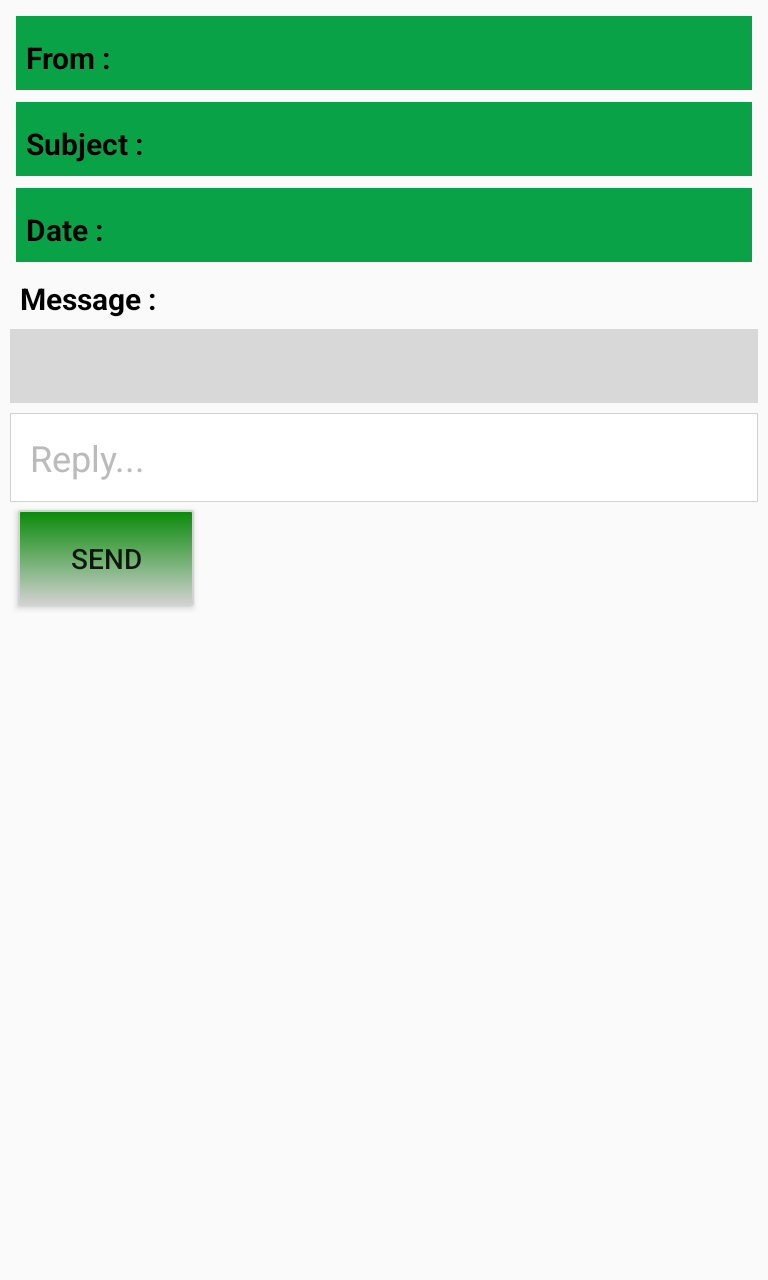
Repository: iguardian2015/iguardian-litchi
Layout: iguardian/res/layout/custom_inbox_view.xml
The author's editor kept a copy of each file at every save. The layout is drawn from the files as they stood at one save, then again after the next save.
It is drawn on a 768 x 1280 px phone screen (xhdpi) without system bars, with theme AppTheme; the app's code is not run.

Above is the layout before, as saved 2015-01-12 08:46:39.

### iguardian/res/layout/custom_inbox_view.xml
<?xml version="1.0" encoding="utf-8"?>
<ScrollView xmlns:android="http://schemas.android.com/apk/res/android"
    android:layout_width="fill_parent"
    android:layout_height="fill_parent" >

    <LinearLayout
        android:layout_width="fill_parent"
        android:layout_height="fill_parent"
        android:padding="5dp"
        android:orientation="vertical" >

        <LinearLayout
            android:layout_width="match_parent"
            android:layout_height="wrap_content"
            android:layout_margin="3dp"
            android:background="#0AA247"
            android:orientation="horizontal" >

            <TextView
                android:id="@+id/from"
                android:layout_width="wrap_content"
                android:layout_height="wrap_content"
                android:padding="5dp"
                android:text="From :"
                android:textAppearance="?android:attr/textAppearanceLarge"
                android:textColor="#000000"
                android:textSize="15dp"
                android:textStyle="bold" />

            <TextView
                android:id="@+id/name"
                android:layout_width="wrap_content"
                android:layout_height="wrap_content"
                android:padding="5dp"
                android:textAppearance="?android:attr/textAppearanceLarge"
                android:textColor="#000000"
                android:textSize="20dp"
                android:textStyle="italic" />
        </LinearLayout>

        <LinearLayout
            android:layout_width="match_parent"
            android:layout_height="wrap_content"
            android:layout_margin="3dp"
            android:background="#0AA247"
            android:orientation="horizontal" >

            <TextView
                android:id="@+id/subject"
                android:layout_width="wrap_content"
                android:layout_height="wrap_content"
                android:padding="5dp"
                android:text="Subject :"
                android:textAppearance="?android:attr/textAppearanceLarge"
                android:textColor="#000000"
                android:textSize="15dp"
                android:textStyle="bold" />

            <TextView
                android:id="@+id/message_subject"
                android:layout_width="wrap_content"
                android:layout_height="wrap_content"
                android:padding="5dp"
                android:textAppearance="?android:attr/textAppearanceLarge"
                android:textColor="#000000"
                android:textSize="20dp"
                android:textStyle="italic" />
        </LinearLayout>

        <LinearLayout
            android:layout_width="match_parent"
            android:layout_height="wrap_content"
            android:layout_margin="3dp"
            android:background="#0AA247"
            android:orientation="horizontal" >

            <TextView
                android:id="@+id/dates"
                android:layout_width="wrap_content"
                android:layout_height="wrap_content"
                android:padding="5dp"
                android:text="Date :"
                android:textAppearance="?android:attr/textAppearanceLarge"
                android:textColor="#000000"
                android:textSize="15dp"
                android:textStyle="bold" />

            <TextView
                android:id="@+id/date"
                android:layout_width="wrap_content"
                android:layout_height="wrap_content"
                android:padding="5dp"
                android:textAppearance="?android:attr/textAppearanceLarge"
                android:textColor="#000000"
                android:textSize="20dp"
                android:textStyle="italic" />
        </LinearLayout>
			 <TextView
                android:id="@+id/message"
                android:layout_width="wrap_content"
                android:layout_height="wrap_content"
                android:padding="5dp"
                android:text="Message :"
                android:textAppearance="?android:attr/textAppearanceLarge"
                android:textColor="#000000"
                android:textSize="15dp"
                android:textStyle="bold" />


            <TextView
                android:id="@+id/mes"
                android:layout_width="match_parent"
                android:layout_height="wrap_content"

                android:padding="5dp"
                android:paddingTop="10dp"
                android:background="#D8D8D8"
                android:textAppearance="?android:attr/textAppearanceLarge"
                android:textColor="#525250"
                android:textSize="20dp"
                android:textStyle="italic" />








        <!-- <LinearLayout
            android:layout_width="match_parent"
            android:layout_height="wrap_content"
            android:layout_margin="3dp"
            android:orientation="horizontal" > -->

            <!-- <EditText
                android:id="@+id/reply_message"
                android:layout_width="wrap_content"
                android:layout_height="wrap_content"
                android:layout_margin="8dp"
                android:hint="Write message..."
                android:inputType="textMultiLine"
                android:padding="15dp" />
 -->
           <!--  <Button
                android:id="@+id/send_message"
                android:layout_width="wrap_content"
                android:layout_height="wrap_content"
                android:layout_margin="8dp"
                android:text="Send" /> -->

            <EditText
            android:id="@+id/reply_message"
            android:layout_width="match_parent"
            android:layout_height="match_parent"
            android:layout_marginTop="5dp"
            android:background="@drawable/edittext_default_bg"
            android:hint="Reply..."
            android:inputType="textMultiLine"
            android:padding="10dp"
            android:textColorHint="#bbbbbb" />

        <Button
            android:id="@+id/send_message"
            android:layout_width="wrap_content"
            android:layout_height="match_parent"
            android:layout_margin="4dp"
            android:background="@drawable/button_default_bg"
            android:padding="10dp"
            android:text="Send" />


    </LinearLayout>

</ScrollView>

### iguardian/res/values/styles.xml
<resources>

    <!--
        Base application theme, dependent on API level. This theme is replaced
        by AppBaseTheme from res/values-vXX/styles.xml on newer devices.
    -->
    <style name="AppBaseTheme" parent="Theme.AppCompat.Light">
        <!--
            Theme customizations available in newer API levels can go in
            res/values-vXX/styles.xml, while customizations related to
            backward-compatibility can go here.
        -->
    </style>

    <!-- Application theme. -->
    <style name="AppTheme" parent="AppBaseTheme">
        <!-- All customizations that are NOT specific to a particular API-level can go here. -->
    </style>

    <style name="DefaultButtonText">
       <item name="android:layout_width">fill_parent</item>
        <item name="android:layout_height">wrap_content</item>
        <item name="android:textColor">#FFFFFF</item>
        <item name="android:gravity">center</item>
        <item name="android:layout_margin">3dp</item>
        <item name="android:textStyle">normal</item>
        <item name="android:textSize">20sp</item>
        <item name="android:shadowColor">#f9f9f9</item>
        <item name="android:shadowDx">1</item>
        <item name="android:shadowDy">1</item>
        <item name="android:shadowRadius">1</item>
    </style>

    <style name="btnStyleBeige" parent="@android:style/Widget.Button">
       <item name="android:textSize">15sp</item>
       <item name="android:textStyle">bold</item>
       <item name="android:textColor">#5d6153</item>
       <item name="android:gravity">center</item>
       <item name="android:shadowColor">#000000</item>
       <item name="android:shadowDx">1</item>
       <item name="android:shadowDy">1</item>
       <item name="android:shadowRadius">0.6</item>
       <item name="android:background">@drawable/custom_button</item>
       <item name="android:padding">10dip</item>
   </style>

</resources>

### iguardian/res/drawable-hdpi/edittext_default_bg.xml
<?xml version="1.0" encoding="utf-8"?>
<shape xmlns:android="http://schemas.android.com/apk/res/android"
    android:shape="rectangle" android:padding="5dp">
     <solid android:color="#FFFFFF"/>
     <stroke
        android:width="0.5dp"
        android:color="#d2d2d2" />
</shape>

### iguardian/res/drawable-hdpi/button_default_bg.xml
<?xml version="1.0" encoding="utf-8"?>
<selector xmlns:android="http://schemas.android.com/apk/res/android">
    <item  android:state_pressed="true" >
        <shape>
            <solid
                android:color="#f8f9fa" />
            <stroke
                android:width="1dp"
                android:color="#8CDA2C" />
            <corners
                android:radius="1dp" />

        </shape>
    </item>
    <item>
        <shape>
            <gradient
                android:startColor="#088A08"
                android:endColor="#d2d2d2"
                android:angle="270" />
            <stroke
                android:width="1dp"
                android:color="#d2d2d2" />
            <corners
                android:radius="1dp" />

        </shape>
    </item>
</selector>

Loaded but not shown: iguardian/res/values-v11/styles.xml (common file); iguardian/res/values-v14/styles.xml (common file)

After the next save:
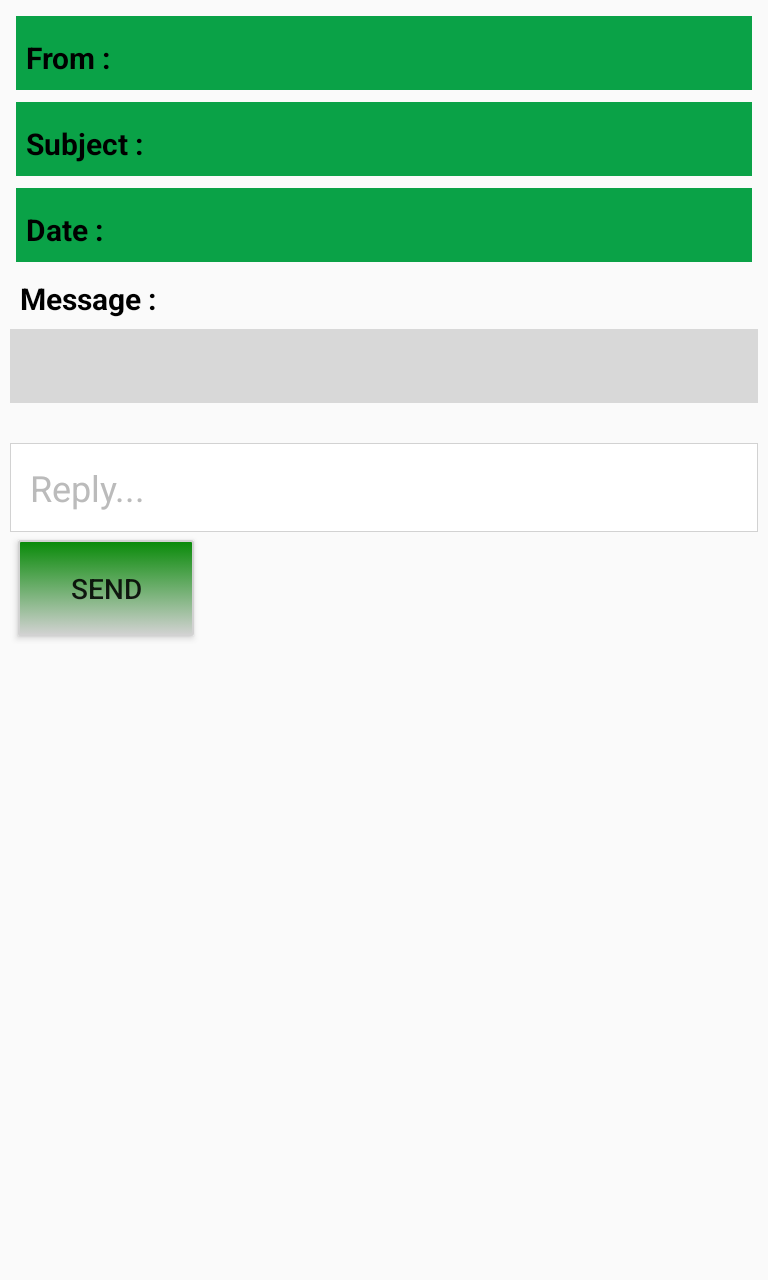
Saved 97 s later.
--- a/iguardian/res/layout/custom_inbox_view.xml
+++ b/iguardian/res/layout/custom_inbox_view.xml
@@ -153,7 +153,7 @@
             android:id="@+id/reply_message"
             android:layout_width="match_parent"
             android:layout_height="match_parent"
-            android:layout_marginTop="5dp"
+            android:layout_marginTop="20dp"
             android:background="@drawable/edittext_default_bg"
             android:hint="Reply..."
             android:inputType="textMultiLine"
